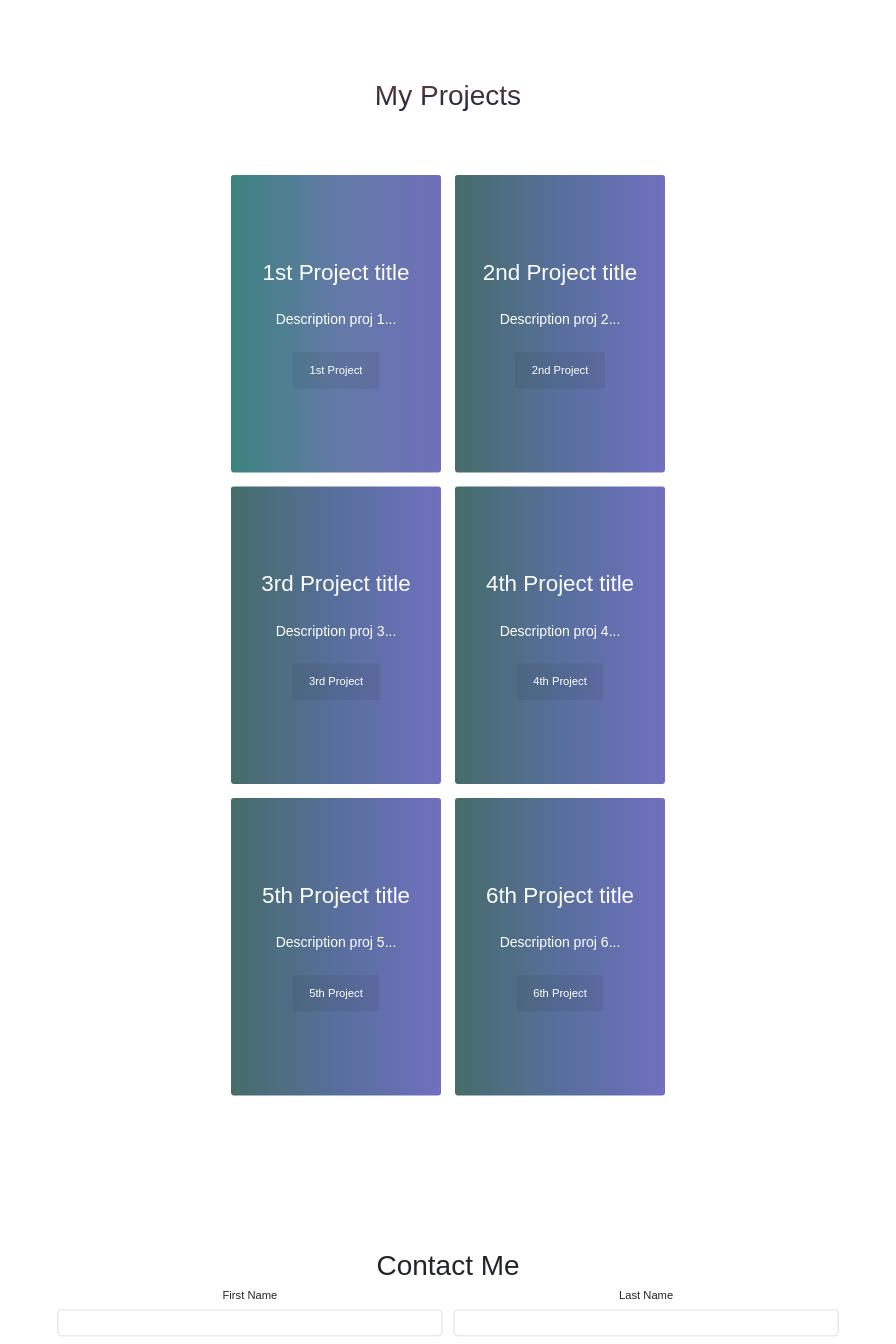
Repository: dvynchi/profile-2022
Page: index.html
The author's editor kept a copy of each file at every save. The page is drawn from the files as they stood at one save, then again after the next save.
The browser window is 1280 px wide. The pictures show the part of the page from y = 747 to 2667 px (the page is 3064 px tall before and 2749 px after), at 70% of full size.
A picture or video elsewhere on the page could not be fetched, so the positions and the page height are approximate. Some web libraries are served in a nearby version.

Above is the page before, as saved 2022-08-15 19:14:12.

After the next save:
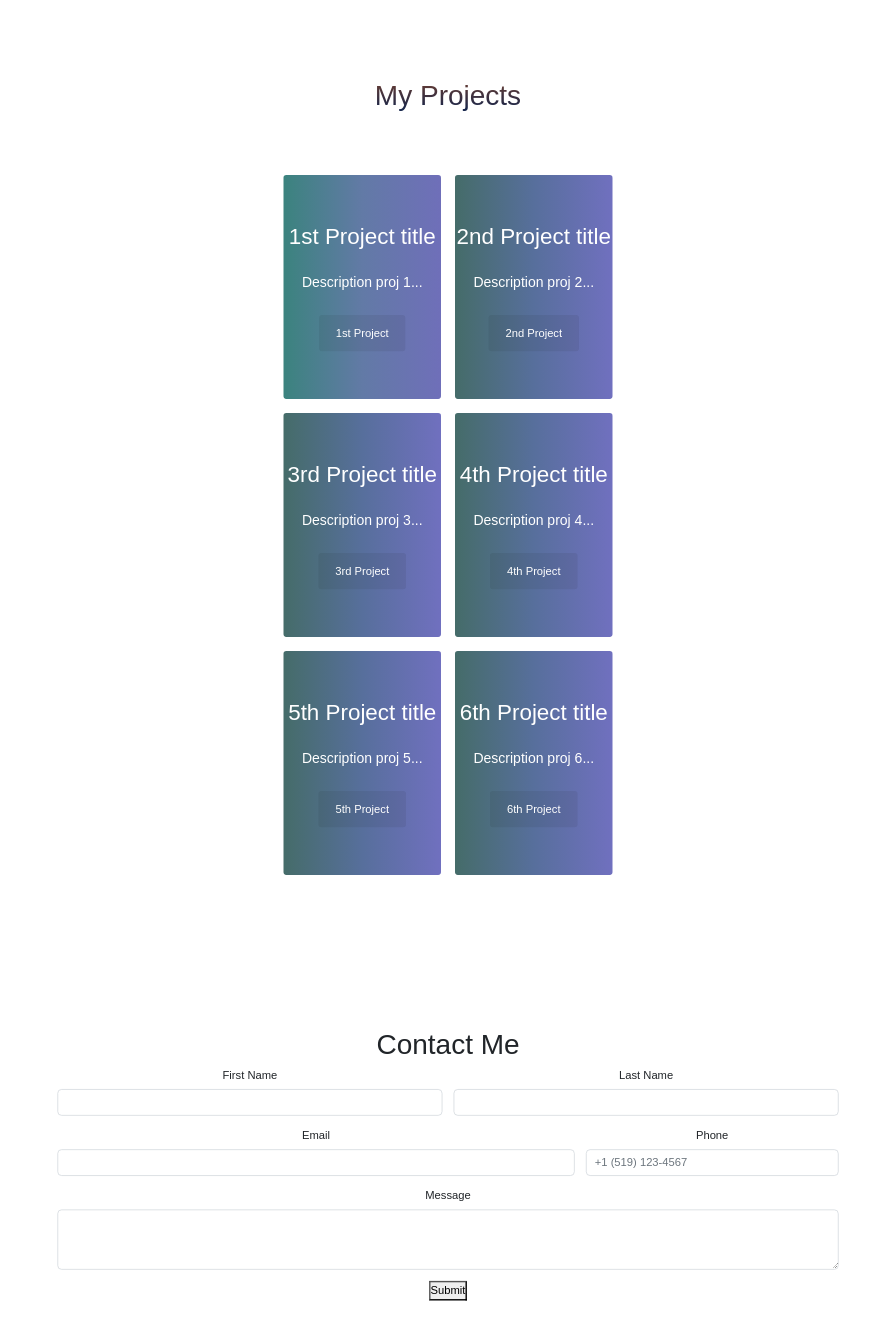
Saved 4 min 56 s later.
--- a/styles.css
+++ b/styles.css
@@ -316,8 +316,8 @@
 
 .projects_card {
     margin: 10px;
-    height: 425px;
-    width: 300px;
+    height: 320px;
+    width: 225px;
     border-radius: 4px;
     display: flex;
     flex-direction: column;
